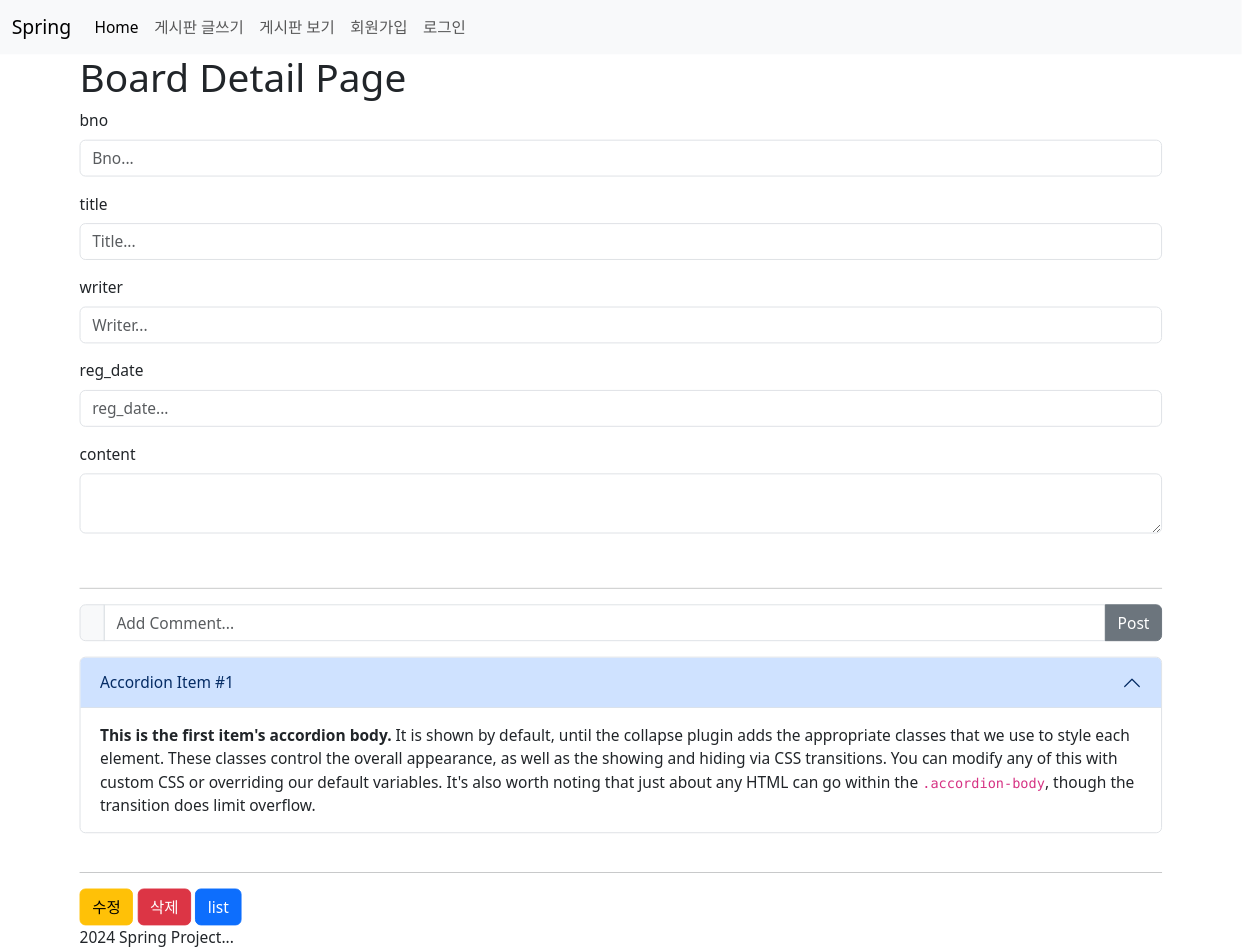
Repository: dhalfks/springTest240430
Page: http://localhost/spring_study/WEB-INF/views/board/detail.jsp
An editor plug-in stored every save of this project. The page is shown before and after the next save, followed by the edit.
The browser window is 1280 px wide. The pictures show the whole page, at 97% of full size.
The page is served by Tomcat 9. Nobody is signed in. The template is opened directly, without the code that normally fills it, so the values that code supplies are empty.

Above is the page before, as saved 2024-04-26 02:47:20.

After the next save:
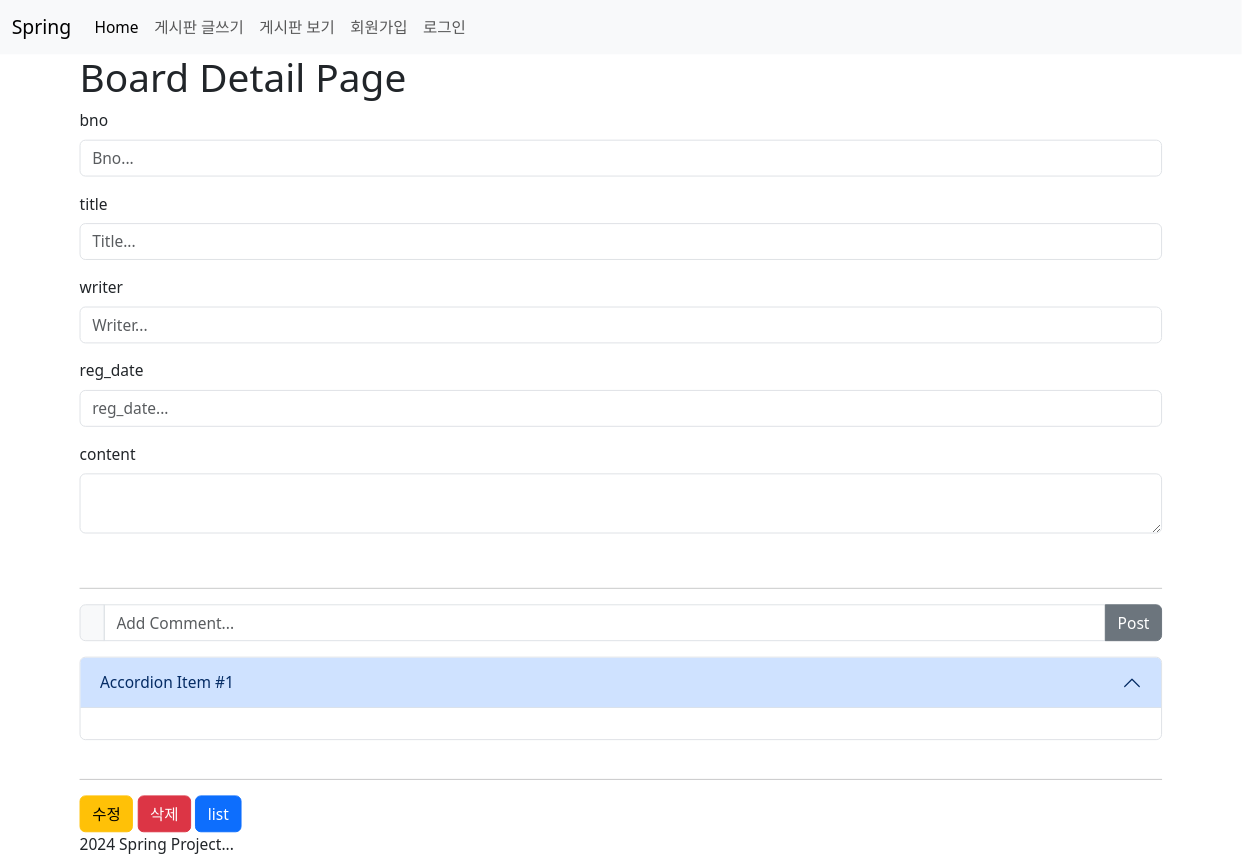
Saved 67 s later.
--- a/spring_study/src/main/webapp/WEB-INF/views/board/detail.jsp
+++ b/spring_study/src/main/webapp/WEB-INF/views/board/detail.jsp
@@ -44,7 +44,7 @@
     </h2>
     <div id="collapseOne" class="accordion-collapse collapse show" data-bs-parent="#accordionExample">
       <div class="accordion-body">
-        <strong>This is the first item's accordion body.</strong> It is shown by default, until the collapse plugin adds the appropriate classes that we use to style each element. These classes control the overall appearance, as well as the showing and hiding via CSS transitions. You can modify any of this with custom CSS or overriding our default variables. It's also worth noting that just about any HTML can go within the <code>.accordion-body</code>, though the transition does limit overflow.
+        <strong></strong>
       </div>
     </div>
   </div>
